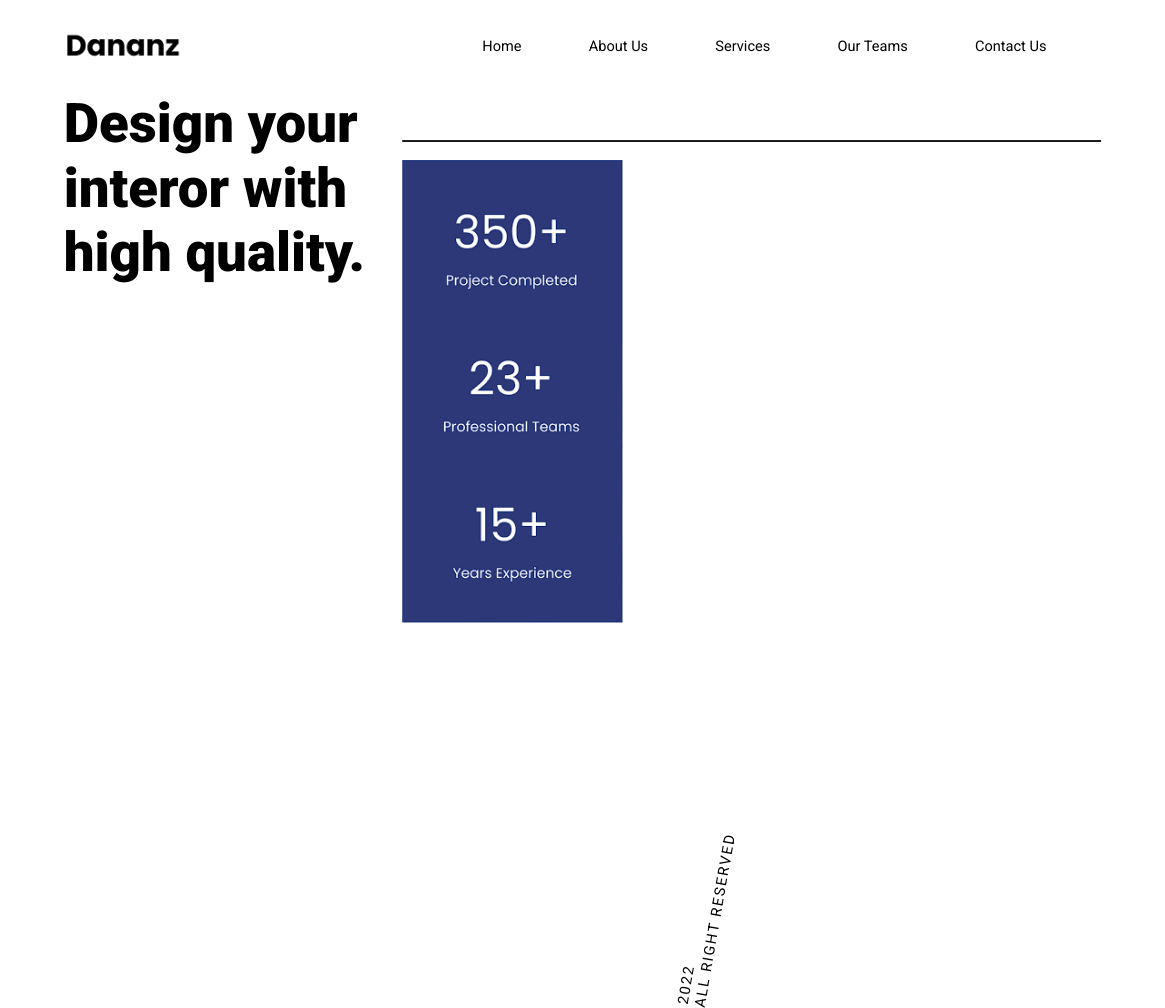
Repository: AsadKasimov/disain
Page: index.html
An editor plug-in stored every save of this project. The page is shown before and after the next save, followed by the edit.
The browser window is 1280 px wide. The pictures show the whole page, at 91% of full size.

Above is the page before, as saved 2023-04-20 12:42:05.

### index.html
<!DOCTYPE html>
<html lang="en">
<head>
    <meta charset="UTF-8">
    <meta http-equiv="X-UA-Compatible" content="IE=edge">
    <meta name="viewport" content="width=device-width, initial-scale=1.0">
    <title>F</title>
    <link rel="stylesheet" href="./style.css">
</head>
<body>

    <div class="wrapper">
        <header class="header">
            <!-- Шапка -->
            <div class="logo">
                <img src="./img/Dananz.png" alt="">
            </div>

            <!-- Меню сайта -->
            <nav class="nav">
                <ul>
                    <li>Home</li>
                    <li>About Us</li>
                    <li>Services</li>
                    <li>Our Teams</li>
                    <li>Contact Us</li>

                </ul>
            </nav>

            <!-- Иконка бургерменю -->
            <div class="burger">
                <span></span>
            </div>
        </header>
        <div class="menu">
            <div class="text-menu">
                <h1>Design your interor with high quality.</h1>
            </div>
            <div class="text-line">
                <hr class="text-line-l">
                <div class="h-pic">
                    <img src="./img/rec.png" alt="">
                </div>
                <div class="img-t">
                   <p>2022<br>ALL RIGHT RESERVED</p>
                </div>
            </div>


        </div>
        <div class="h-pic2">
            <img src="./img/rec.png" alt="">
        </div>
    </div>



    <script>
        document.querySelector('.burger').addEventListener('click', function() {
            this.classList.toggle('active');
            document.querySelector('.nav').classList.toggle('open');
        })
    </script>
</body>
</html>

### style.css
@import url('https://fonts.googleapis.com/css2?family=Roboto:ital,wght@0,100;0,300;0,400;0,500;0,900;1,100;1,300;1,400;1,500;1,700;1,900&display=swap');

html, body {
  height: 100%;
  width: 100%;

}

body {
  display: flex;
  flex-direction: column;
  font-family: 'Roboto', sans-serif;
  background-color: #fff;
  /* overflow: hidden; */

}

*{
  padding: 0;
  margin: 0;
  box-sizing: border-box;
}

.wrapper{
  flex-grow: 1;
}

.open{
  display: flex !important;
}

.header{
  display: flex;
  align-items: center;
  justify-content: space-between;
  min-height: 100px;
  background-color: #fff;
  color: #000;
  padding: 0 90px;
}

.logo{
  display: flex;
  justify-content: center;
  flex-direction: column;
  align-items: center;

  width: 90px;
  height: 90px;
}

.nav{
  display: flex;
  width: 700px;
  padding: 0 40px;
}

.nav ul{
  width: 100%;
  list-style: none;
  display: flex;
  justify-content: space-between;
}

.burger{
  display: none;
  position: relative;
  z-index: 50;
  align-items: center;
  justify-content: flex-end;
  width: 30px;
  height: 18px;
}

.burger span{
  height: 2px;
  width: 80%;
  transform: scale(1);
  background-color: #000;
}

.burger::before, .burger::after{
  content: '';
  position: absolute;
  height: 2px;
  width: 100%;
  background-color: #000;
  transition: all 0.3s ease 0s;
}

.burger::before { top: 0 }

.burger::after { bottom: 0 }


.burger.active span { transform: scale(0) }

.burger.active::before{
  top: 50%;
  transform: rotate(-45deg) translate(0, -50%);
}

.burger.active::after{
  bottom: 50%;
  transform: rotate(45deg) translate(0, 50%);
}

h1 {
  display: block;
  font-size: 2em;
  margin-block-start: 0;
  margin-block-end: 0;
  margin-inline-start: 0px;
  margin-inline-end: 0px;
  font-weight: bold;
}

.menu{
  display: flex;
  justify-content: flex-start;
  padding: 0 70px;
  align-items:baseline;

}

.text-menu{
  font-weight: 700;
  font-size: 30px;
  width: 500px;
}

hr.text-line-l{
  border: 1px solid black;
  width: 60vw;

}

.text-line{
  display: flex;
  flex-direction: column;
  gap: 20px;
}

.h-pic2{
  display: none;
}

.img-t{
  text-transform: uppercase;
  letter-spacing: 2px;

  transform: rotate(-80deg);
}

@media (max-width: 700px) {

  .h-pic{
    display: none;
  }


  .h-pic2{
    display: block;
  }


  hr.text-line-l {
    border: 1px solid black;
    height: 100%;
    width: 0px;
  }



  .menu{
    display: flex;
    justify-content: flex-start;
    padding: 0 20px;
    align-items:normal;
    gap: 23%;
  }

  .text-menu{
    width: 70%;
    font-size: 22px;

  }

  .header{
    display: flex;
    align-items: center;
    justify-content: space-between;
    min-height: 100px;
    background-color: #fff;
    color: #000;
    padding: 0 40px;
  }

  .nav{
    display: flex;
    width: 700px;
    padding: 0 40px;
  }

  .burger { display: flex }

  .nav{
      display: none;
      flex-direction: column;
      position: fixed;
      height: 100%;
      width: 100%;
      top: 0; bottom: 0; left: 0; right: 0;
      z-index: 50;
      overflow-y: auto;
      padding: 50px 40px;
      background-color: ghostwhite;

  }

  .nav ul{
      flex-direction: column;
      row-gap: 30px;
  }
}

After the next save:
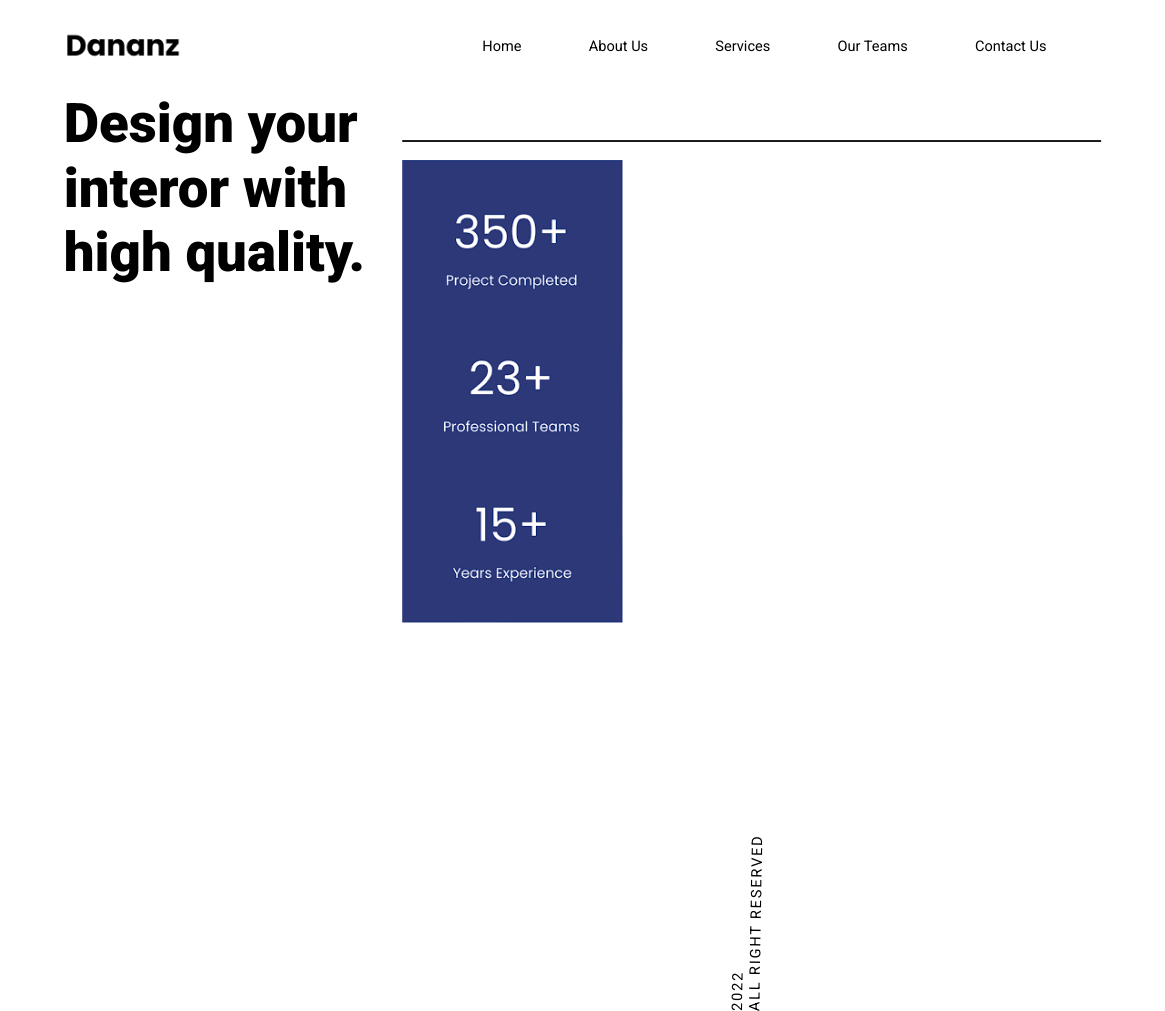
Saved 8 s later.
--- a/style.css
+++ b/style.css
@@ -149,7 +149,7 @@ hr.text-line-l{
   text-transform: uppercase;
   letter-spacing: 2px;
 
-  transform: rotate(-80deg);
+  transform: rotate(-89deg);
 }
 
 @media (max-width: 700px) {
